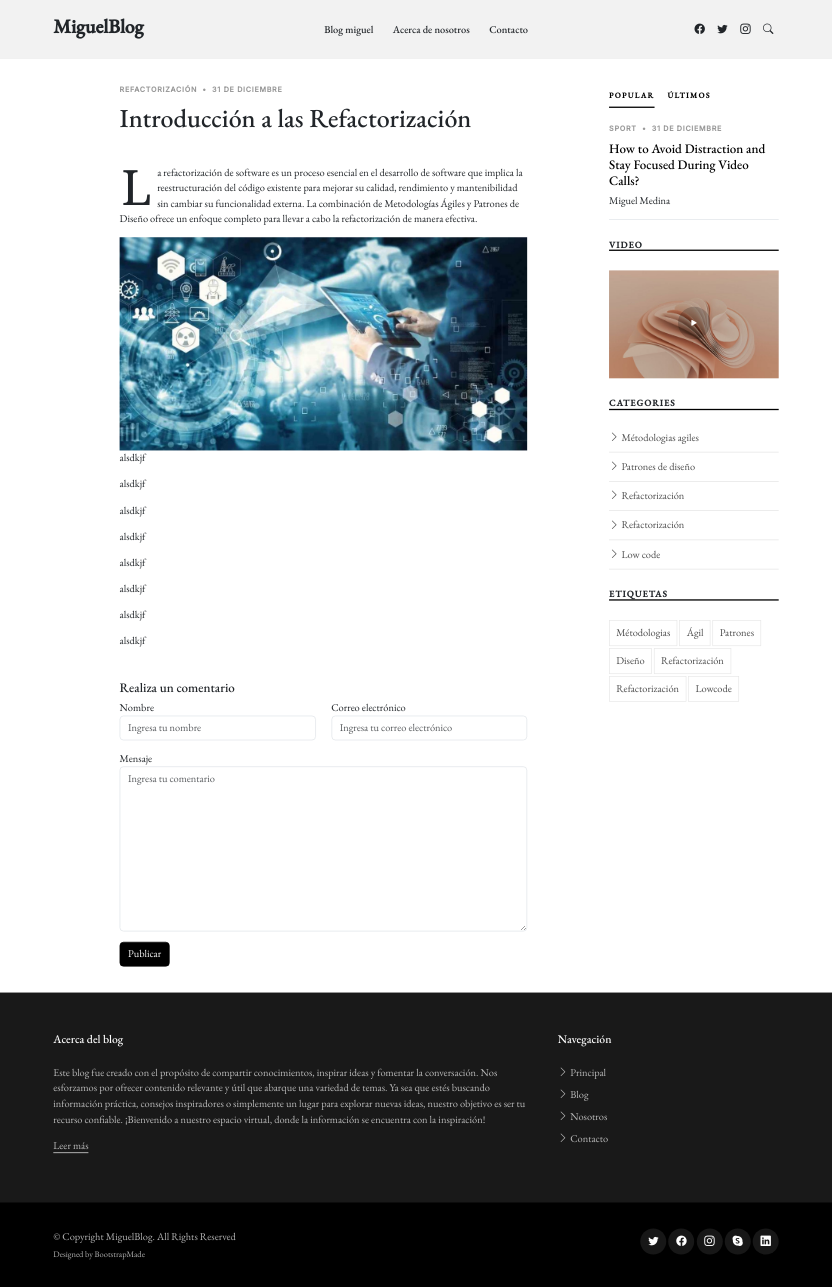
Repository: MiguelDev5/blog-miguel
Page: post-r.html
The author's editor kept a copy of each file at every save. The page is drawn from the files as they stood at one save, then again after the next save.
The browser window is 1280 px wide. The pictures show the whole page, at 65% of full size.
Some web fonts or font styles are not loaded; a fallback is used.

Above is the page before, as saved 2024-01-01 20:59:01.

### post-r.html
<!DOCTYPE html>
<html lang="en">

<head>
  <meta charset="utf-8">
  <meta content="width=device-width, initial-scale=1.0" name="viewport">

  <title>MiguelBlog Bootstrap Template - Single Post</title>
  <meta content="" name="description">
  <meta content="" name="keywords">

  <!-- Favicons -->
  <link href="assets/img/favicon.png" rel="icon">
  <link href="assets/img/apple-touch-icon.png" rel="apple-touch-icon">

  <!-- Google Fonts -->
  <link rel="preconnect" href="https://fonts.googleapis.com">
  <link rel="preconnect" href="https://fonts.gstatic.com" crossorigin>
  <link href="https://fonts.googleapis.com/css2?family=EB+Garamond:wght@400;500&family=Inter:wght@400;500&family=Playfair+Display:ital,wght@0,400;0,700;1,400;1,700&display=swap" rel="stylesheet">

  <!-- Vendor CSS Files -->
  <link href="assets/vendor/bootstrap/css/bootstrap.min.css" rel="stylesheet">
  <link href="assets/vendor/bootstrap-icons/bootstrap-icons.css" rel="stylesheet">
  <link href="assets/vendor/swiper/swiper-bundle.min.css" rel="stylesheet">
  <link href="assets/vendor/glightbox/css/glightbox.min.css" rel="stylesheet">
  <link href="assets/vendor/aos/aos.css" rel="stylesheet">

  <!-- Template Main CSS Files -->
  <link href="assets/css/variables.css" rel="stylesheet">
  <link href="assets/css/main.css" rel="stylesheet">

  <!-- =======================================================
  * Template Name: MiguelBlog
  * Updated: Sep 18 2023 with Bootstrap v5.3.2
  * Template URL: https://bootstrapmade.com/miguelBlog-bootstrap-blog-template/
  * Author: BootstrapMade.com
  * License: https:///bootstrapmade.com/license/
  ======================================================== -->
</head>

<body>

  <!-- ======= Header ======= -->
  <header id="header" class="header d-flex align-items-center fixed-top">
    <div class="container-fluid container-xl d-flex align-items-center justify-content-between">

      <a href="index.html" class="logo d-flex align-items-center">
        <!-- Uncomment the line below if you also wish to use an image logo -->
        <!-- <img src="assets/img/logo.png" alt=""> -->
        <h1>MiguelBlog</h1>
      </a>

      <nav id="navbar" class="navbar">
        <ul>
          <li><a href="index.html">Blog miguel</a></li>
          <li><a href="about.html">Acerca de nosotros</a></li>
          <li><a href="contact.html">Contacto</a></li>
        </ul>
      </nav><!-- .navbar -->

      <div class="position-relative">
        <a href="#" class="mx-2"><span class="bi-facebook"></span></a>
        <a href="#" class="mx-2"><span class="bi-twitter"></span></a>
        <a href="#" class="mx-2"><span class="bi-instagram"></span></a>

        <a href="#" class="mx-2 js-search-open"><span class="bi-search"></span></a>
        <i class="bi bi-list mobile-nav-toggle"></i>

        <!-- ======= Search Form ======= -->
        <div class="search-form-wrap js-search-form-wrap">
          <form action="search-result.html" class="search-form">
            <span class="icon bi-search"></span>
            <input type="text" placeholder="Search" class="form-control">
            <button class="btn js-search-close"><span class="bi-x"></span></button>
          </form>
        </div><!-- End Search Form -->

      </div>

    </div>

  </header><!-- End Header -->

  <main id="main">

    <section class="single-post-content">
      <div class="container">
        <div class="row">
          <div class="col-md-9 post-content" data-aos="fade-up">

            <!-- ======= Single Post Content ======= -->
            <div class="single-post">
              <div class="post-meta"><span class="date">Refactorización</span> <span class="mx-1">&bullet;</span> <span>31 de Diciembre</span></div>
              <h1 class="mb-5">Introducción a las Refactorización</h1>
              <p><span class="firstcharacter">L</span>a refactorización de software es un proceso esencial en el desarrollo de software que implica la reestructuración del código existente para mejorar su calidad, rendimiento y mantenibilidad sin cambiar su funcionalidad externa. La combinación de Metodologías Ágiles y Patrones de Diseño ofrece un enfoque completo para llevar a cabo la refactorización de manera efectiva.</p>
              <div class="col-md-9"></div>
                  <img src="assets/img/m001.jpg" alt="" class="img-fluid" style="width: 200;">

              </div>

              <p>alsdkjf</p>
              <p>alsdkjf</p>
              <p>alsdkjf</p>
              <p>alsdkjf</p>
              <p>alsdkjf</p>
              <p>alsdkjf</p>
              <p>alsdkjf</p>
              <p>alsdkjf</p>


            <!-- ======= Comments Form ======= -->
            <div class="row justify-content-center mt-5">

              <div class="col-lg-12">
                <h5 class="comment-title">Realiza un comentario</h5>
                <div class="row">
                  <div class="col-lg-6 mb-3">
                    <label for="comment-name">Nombre</label>
                    <input type="text" class="form-control" id="comment-name" placeholder="Ingresa tu nombre">
                  </div>
                  <div class="col-lg-6 mb-3">
                    <label for="comment-email">Correo electrónico</label>
                    <input type="text" class="form-control" id="comment-email" placeholder="Ingresa tu correo electrónico">
                  </div>
                  <div class="col-12 mb-3">
                    <label for="comment-message">Mensaje</label>

                    <textarea class="form-control" id="comment-message" placeholder="Ingresa tu comentario" cols="30" rows="10"></textarea>
                  </div>
                  <div class="col-12">
                    <input type="submit" class="btn btn-primary" value="Publicar">
                  </div>
                </div>
              </div>
            </div><!-- End Comments Form -->

          </div>
          <div class="col-md-3">
            <!-- ======= Sidebar ======= -->
            <div class="aside-block">

              <ul class="nav nav-pills custom-tab-nav mb-4" id="pills-tab" role="tablist">
                <li class="nav-item" role="presentation">
                  <button class="nav-link active" id="pills-popular-tab" data-bs-toggle="pill" data-bs-target="#pills-popular" type="button" role="tab" aria-controls="pills-popular" aria-selected="true">Popular</button>
                </li>
                <li class="nav-item" role="presentation">
                  <button class="nav-link" id="pills-latest-tab" data-bs-toggle="pill" data-bs-target="#pills-latest" type="button" role="tab" aria-controls="pills-latest" aria-selected="false">Últimos</button>
                </li>
              </ul>

              <div class="tab-content" id="pills-tabContent">

                <!-- Popular -->
                <div class="tab-pane fade show active" id="pills-popular" role="tabpanel" aria-labelledby="pills-popular-tab">
                  <div class="post-entry-1 border-bottom">
                    <div class="post-meta"><span class="date">Sport</span> <span class="mx-1">&bullet;</span> <span>31 de Diciembre</span></div>
                    <h2 class="mb-2"><a href="#">How to Avoid Distraction and Stay Focused During Video Calls?</a></h2>
                    <span class="author mb-3 d-block">Miguel Medina</span>
                  </div>


                </div> <!-- End Popular -->



                <!-- Latest -->
                <div class="tab-pane fade" id="pills-latest" role="tabpanel" aria-labelledby="pills-latest-tab">
                  <div class="post-entry-1 border-bottom">
                    <div class="post-meta"><span class="date">Lifestyle</span> <span class="mx-1">&bullet;</span> <span>31 de Diciembre</span></div>
                    <h2 class="mb-2"><a href="#">Life Insurance And Pregnancy: A Working Mom’s Guide</a></h2>
                    <span class="author mb-3 d-block">Miguel Medina</span>
                  </div>



                </div> <!-- End Latest -->

              </div>
            </div>

            <div class="aside-block">
              <h3 class="aside-title">Video</h3>
              <div class="video-post">
                <a href="https://www.youtube.com/watch?v=AiFfDjmd0jU" class="glightbox link-video">
                  <span class="bi-play-fill"></span>
                  <img src="assets/img/post-landscape-5.jpg" alt="" class="img-fluid">
                </a>
              </div>
            </div><!-- End Video -->

            <div class="aside-block">
              <h3 class="aside-title">Categories</h3>
              <ul class="aside-links list-unstyled">
                <li><a href="category.html"><i class="bi bi-chevron-right"></i> Métodologias agiles</a></li>
                <li><a href="category.html"><i class="bi bi-chevron-right"></i> Patrones de diseño</a></li>
                <li><a href="category.html"><i class="bi bi-chevron-right"></i> Refactorización</a></li>
                <li><a href="category.html"><i class="bi bi-chevron-right"></i> Refactorización</a></li>
                <li><a href="category.html"><i class="bi bi-chevron-right"></i> Low code</a></li>
              </ul>
            </div><!-- End Categories -->

            <div class="aside-block">
              <h3 class="aside-title">Etiquetas</h3>
              <ul class="aside-tags list-unstyled">
                <li><a href="category.html">Métodologias</a></li>
                <li><a href="category.html">Ágil</a></li>
                <li><a href="category.html">Patrones</a></li>
                <li><a href="category.html">Diseño</a></li>
                <li><a href="category.html">Refactorización</a></li>
                <li><a href="category.html">Refactorización</a></li>
                <li><a href="category.html">Lowcode</a></li>
              </ul>
            </div><!-- End Tags -->

          </div>
        </div>
      </div>
    </section>
  </main><!-- End #main -->

  <!-- ======= Footer ======= -->
  <footer id="footer" class="footer">
    <div class="footer-content">
      <div class="container">
        <div class="row g-5">
          <div class="col-lg-8">
            <h3 class="footer-heading">Acerca del blog</h3>
            <p>Este blog fue creado con el propósito de compartir conocimientos, inspirar ideas y fomentar la conversación. Nos esforzamos por ofrecer contenido relevante y útil que abarque una variedad de temas. Ya sea que estés buscando información práctica, consejos inspiradores o simplemente un lugar para explorar nuevas ideas, nuestro objetivo es ser tu recurso confiable. ¡Bienvenido a nuestro espacio virtual, donde la información se encuentra con la inspiración!</p>
            <p><a href="about.html" class="footer-link-more">Leer más</a></p>
          </div>
          <div class="col-6 col-lg-2">
            <h3 class="footer-heading">Navegación</h3>
            <ul class="footer-links list-unstyled">
              <li><a href="index.html"><i class="bi bi-chevron-right"></i> Principal</a></li>
              <li><a href="index.html"><i class="bi bi-chevron-right"></i> Blog</a></li>
              <li><a href="about.html"><i class="bi bi-chevron-right"></i> Nosotros</a></li>
              <li><a href="contact.html"><i class="bi bi-chevron-right"></i> Contacto</a></li>
            </ul>
          </div>
        </div>
      </div>
    </div>

    <div class="footer-legal">
      <div class="container">

        <div class="row justify-content-between">
          <div class="col-md-6 text-center text-md-start mb-3 mb-md-0">
            <div class="copyright">
              © Copyright <strong><span>MiguelBlog</span></strong>. All Rights Reserved
            </div>

            <div class="credits">
              Designed by BootstrapMade
            </div>

          </div>

          <div class="col-md-6">
            <div class="social-links mb-3 mb-lg-0 text-center text-md-end">
              <a href="#" class="twitter"><i class="bi bi-twitter"></i></a>
              <a href="#" class="facebook"><i class="bi bi-facebook"></i></a>
              <a href="#" class="instagram"><i class="bi bi-instagram"></i></a>
              <a href="#" class="google-plus"><i class="bi bi-skype"></i></a>
              <a href="#" class="linkedin"><i class="bi bi-linkedin"></i></a>
            </div>

          </div>

        </div>

      </div>
    </div>
  </footer>

  <a href="#" class="scroll-top d-flex align-items-center justify-content-center"><i class="bi bi-arrow-up-short"></i></a>

  <!-- Vendor JS Files -->
  <script src="assets/vendor/bootstrap/js/bootstrap.bundle.min.js"></script>
  <script src="assets/vendor/swiper/swiper-bundle.min.js"></script>
  <script src="assets/vendor/glightbox/js/glightbox.min.js"></script>
  <script src="assets/vendor/aos/aos.js"></script>
  <script src="assets/vendor/php-email-form/validate.js"></script>

  <!-- Template Main JS File -->
  <script src="assets/js/main.js"></script>

</body>

</html>

Loaded but not shown: assets/vendor/bootstrap/css/bootstrap.min.css (library); assets/vendor/bootstrap-icons/bootstrap-icons.css (library); assets/vendor/swiper/swiper-bundle.min.css (library); assets/vendor/glightbox/css/glightbox.min.css (library); assets/vendor/aos/aos.css (library); assets/vendor/bootstrap/js/bootstrap.bundle.min.js (library); assets/vendor/swiper/swiper-bundle.min.js (library); assets/vendor/glightbox/js/glightbox.min.js (library); assets/vendor/aos/aos.js (library); assets/vendor/php-email-form/validate.js (common file); assets/js/main.js (154 lines, source omitted); assets/css/main.css (1300 lines, source omitted); assets/css/variables.css (207 lines, source omitted)

After the next save:
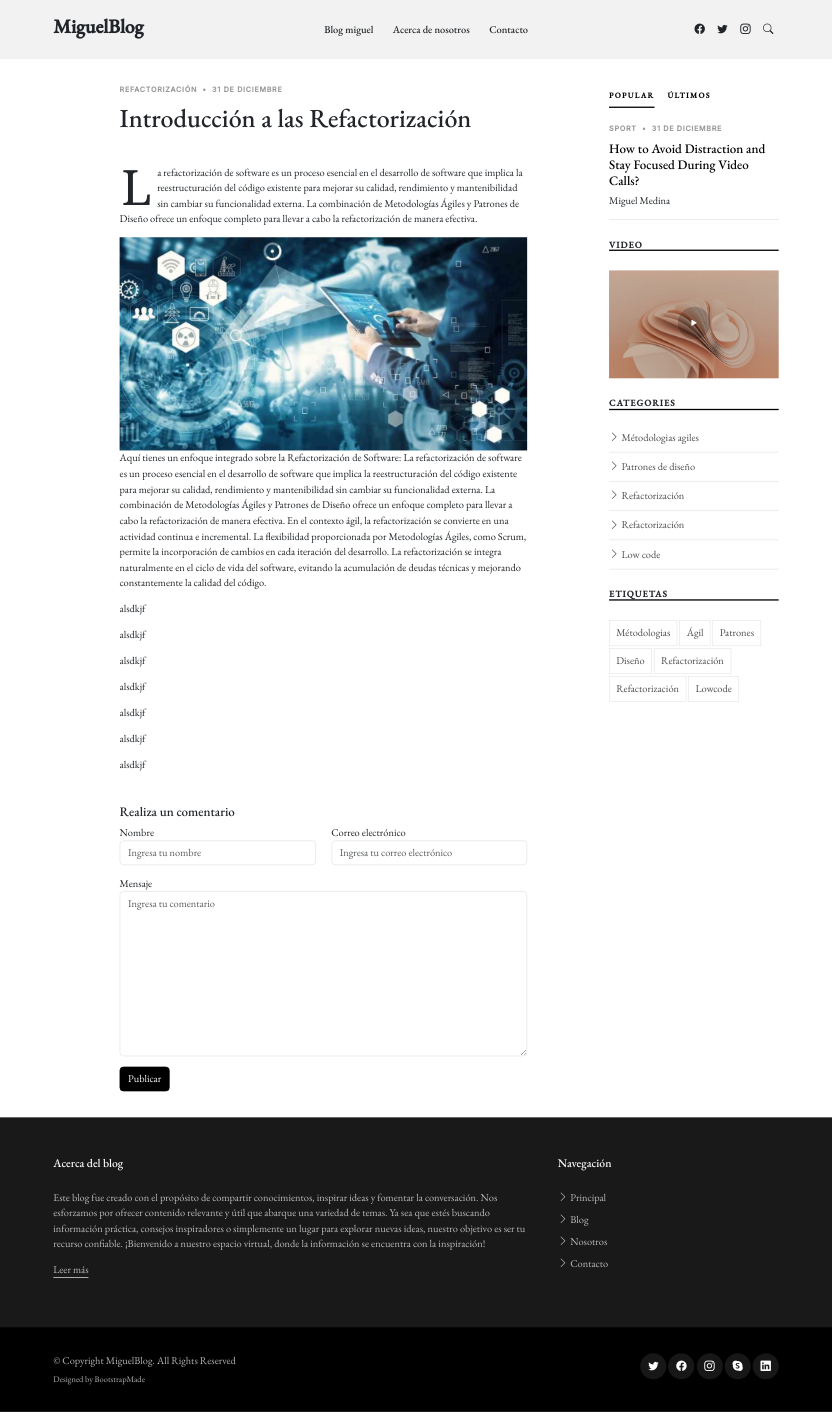
Saved 6 s later.
--- a/post-r.html
+++ b/post-r.html
@@ -98,7 +98,12 @@
 
               </div>
 
-              <p>alsdkjf</p>
+              <p>
+                Aquí tienes un enfoque integrado sobre la Refactorización de Software:
+
+                La refactorización de software es un proceso esencial en el desarrollo de software que implica la reestructuración del código existente para mejorar su calidad, rendimiento y mantenibilidad sin cambiar su funcionalidad externa. La combinación de Metodologías Ágiles y Patrones de Diseño ofrece un enfoque completo para llevar a cabo la refactorización de manera efectiva.
+
+                En el contexto ágil, la refactorización se convierte en una actividad continua e incremental. La flexibilidad proporcionada por Metodologías Ágiles, como Scrum, permite la incorporación de cambios en cada iteración del desarrollo. La refactorización se integra naturalmente en el ciclo de vida del software, evitando la acumulación de deudas técnicas y mejorando constantemente la calidad del código.</p>
               <p>alsdkjf</p>
               <p>alsdkjf</p>
               <p>alsdkjf</p>

After the save that followed:
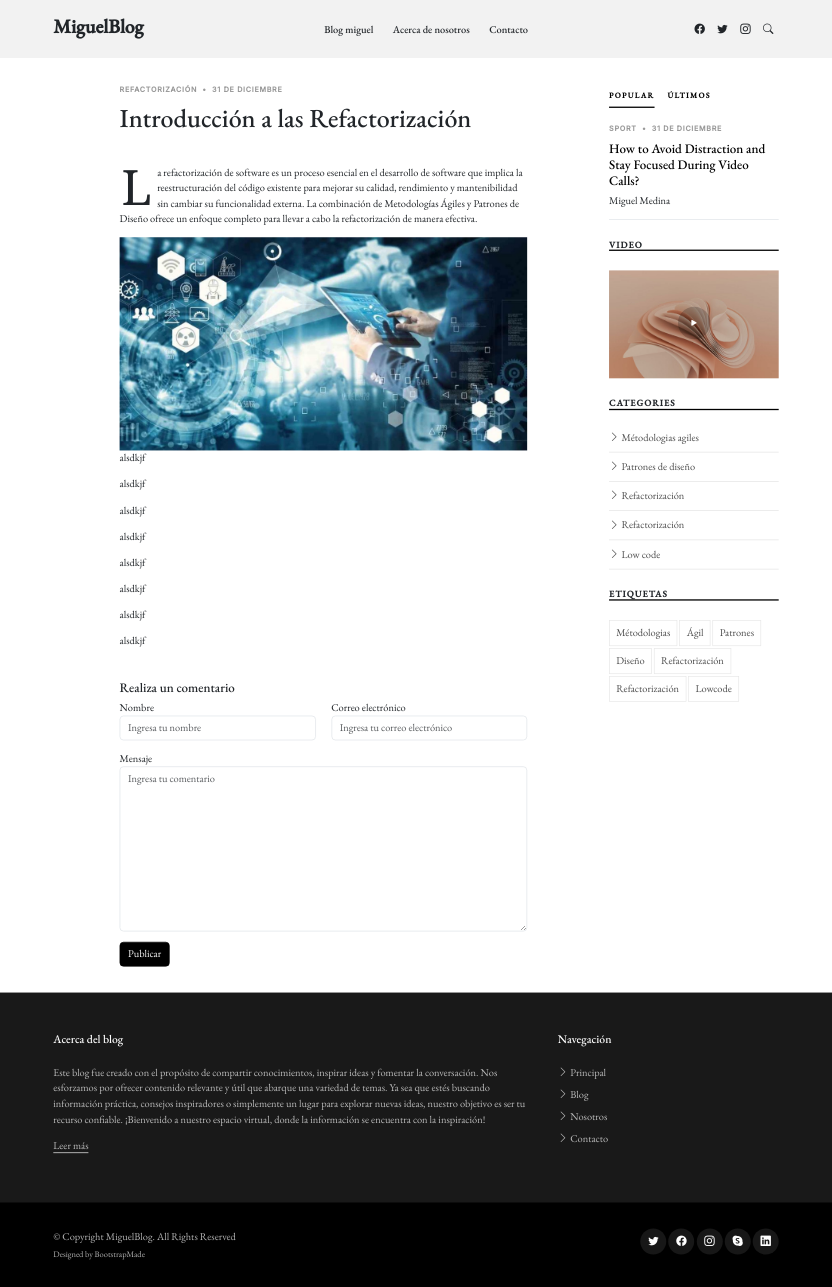
Saved 20 s later.
--- a/post-r.html
+++ b/post-r.html
@@ -98,12 +98,7 @@
 
               </div>
 
-              <p>
-                Aquí tienes un enfoque integrado sobre la Refactorización de Software:
-
-                La refactorización de software es un proceso esencial en el desarrollo de software que implica la reestructuración del código existente para mejorar su calidad, rendimiento y mantenibilidad sin cambiar su funcionalidad externa. La combinación de Metodologías Ágiles y Patrones de Diseño ofrece un enfoque completo para llevar a cabo la refactorización de manera efectiva.
-
-                En el contexto ágil, la refactorización se convierte en una actividad continua e incremental. La flexibilidad proporcionada por Metodologías Ágiles, como Scrum, permite la incorporación de cambios en cada iteración del desarrollo. La refactorización se integra naturalmente en el ciclo de vida del software, evitando la acumulación de deudas técnicas y mejorando constantemente la calidad del código.</p>
+              <p>alsdkjf</p>
               <p>alsdkjf</p>
               <p>alsdkjf</p>
               <p>alsdkjf</p>
